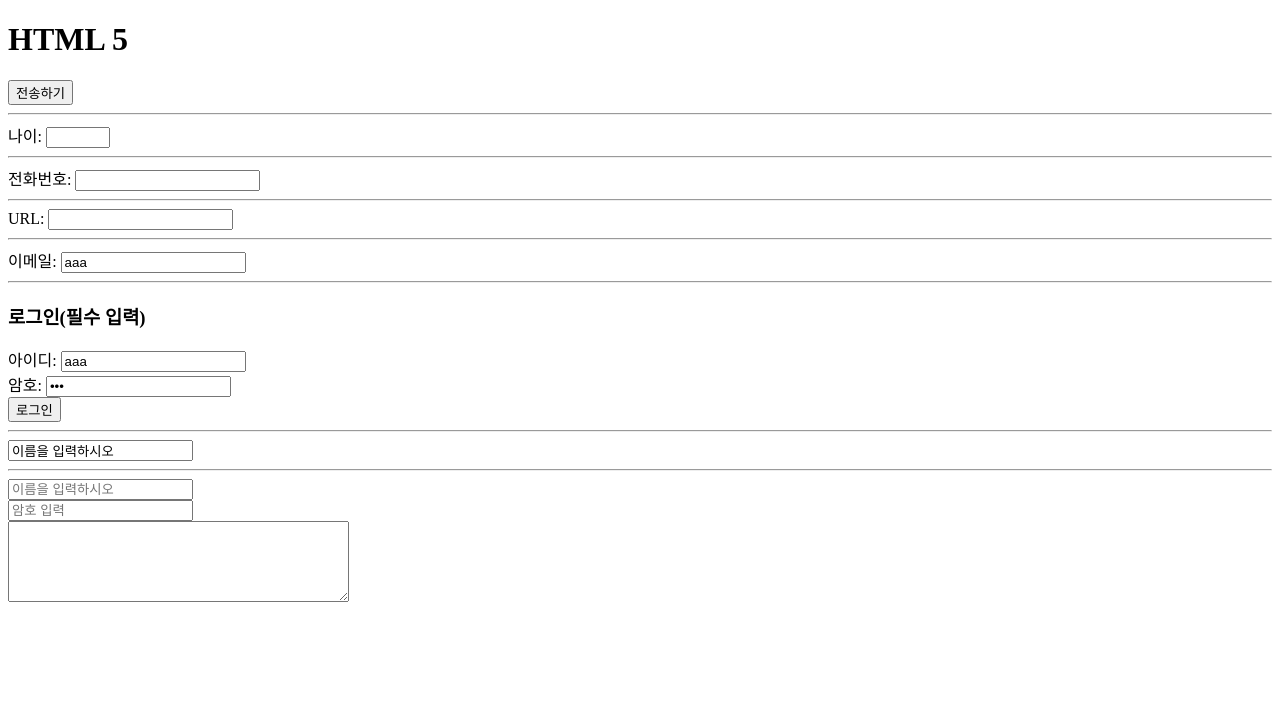
Repository: seula123/Front-End
Page: ClientTest/src/main/webapp/html/ex19.html
These files come from the project's save history. The page is drawn as it stood at one moment and after the next save; the edit follows.
The browser window is 1280 px wide. The pictures show the whole page.

Above is the page before, as saved 2023-09-21 08:26:01.

### ClientTest/src/main/webapp/html/ex19.html
<!DOCTYPE html>
<html>
<head>
<meta charset="UTF-8">
<title>Insert title here</title>
</head>
<body>

	<!-- ex19.html -->
	<h1>HTML 5</h1>

	<form method = "POST" action = "ex18_server.jsp">

		<input type = "submit" value="전송하기">
		<hr>

		나이: <input type ="number" min="0" max="100">

		<hr>

		전화번호: <input type ='tel'>

		<hr>
			URL: <input type ="url">
		<hr>


			이메일: <input type = "email"required value="aaa">




		<hr>

			<h3>로그인(필수 입력)</h3>
				아이디: <input type = "text" required value="aaa"><br>
				암호: <input type = "password" required value="bbb"><br>
				<input type = "submit" value = "로그인">



		<hr>
		<input type = "text" value="이름을 입력하시오"
		onfocus = "this.value = '';">

		<hr>

		<input type = "text" placeholder = "이름을 입력하시오">
		<br>
		<input type = "password" placeholder = "암호 입력">
		<br>
		<textarea cols ="40" rows ="5" placeholder = "자기소개">



		</textarea>

	</form>








</body>
</html>

After the next save:
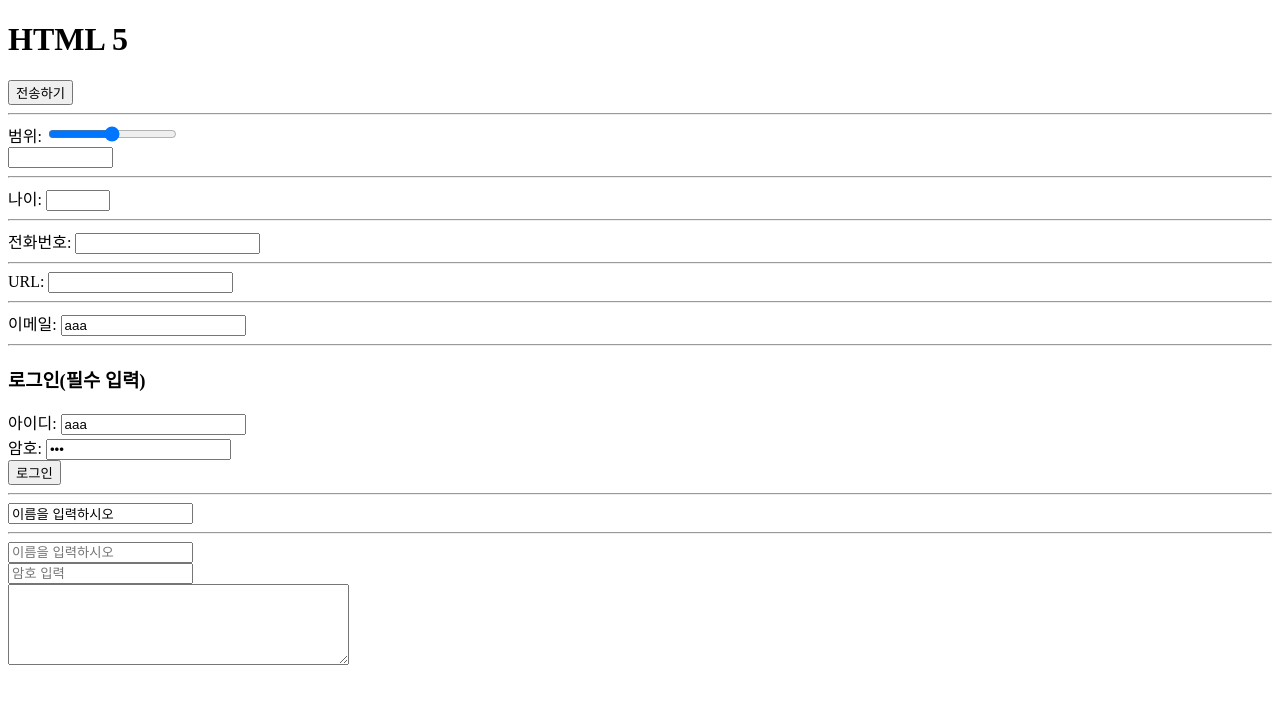
Saved 7 min 5 s later.
--- a/ClientTest/src/main/webapp/html/ex19.html
+++ b/ClientTest/src/main/webapp/html/ex19.html
@@ -13,8 +13,15 @@
 
 		<input type = "submit" value="전송하기">
 		<hr>
+			범위: <input type = "range"
+					onchange = "document.getElementById('txt1').value=this.value;">
+			<br>
+			<input type ="text" id="txt1" size="10">
 
+
+		<hr>
 		나이: <input type ="number" min="0" max="100">
+
 
 		<hr>
 
